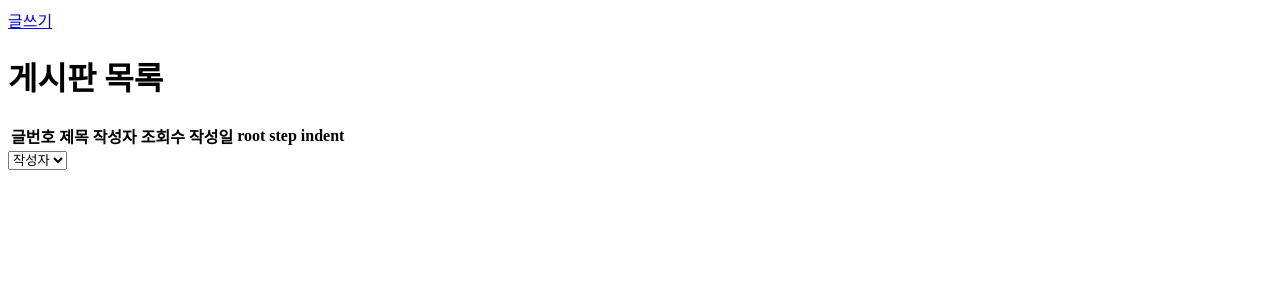
Repository: rmh6363/javastudy
Page: http://localhost/MyBoard/list.jsp
The author's editor kept a copy of each file at every save. The page is drawn from the files as they stood at one save, then again after the next save.
The browser window is 1280 px wide. The pictures show the whole page.
The page is served by Tomcat 9.

Above is the page before, as saved 2021-01-05 04:57:30.

After the next save:
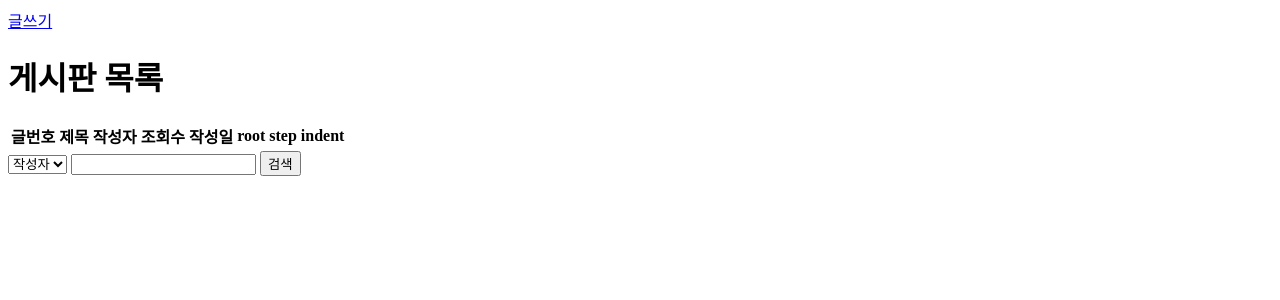
Saved 3 min 1 s later.
--- a/MyBoard/WebContent/list.jsp
+++ b/MyBoard/WebContent/list.jsp
@@ -46,11 +46,12 @@
 </table>
 <form action="search.do">
 <select name="searchoption">
-	<option>작성자</option>
+	<option value="author">작성자</option>
 		<option value="title">제목</option>
 			<option value="content">내용</option>
 </select>
-
+<input name="searchoption">
+<input type="submit" value="검색">
 
 
 
